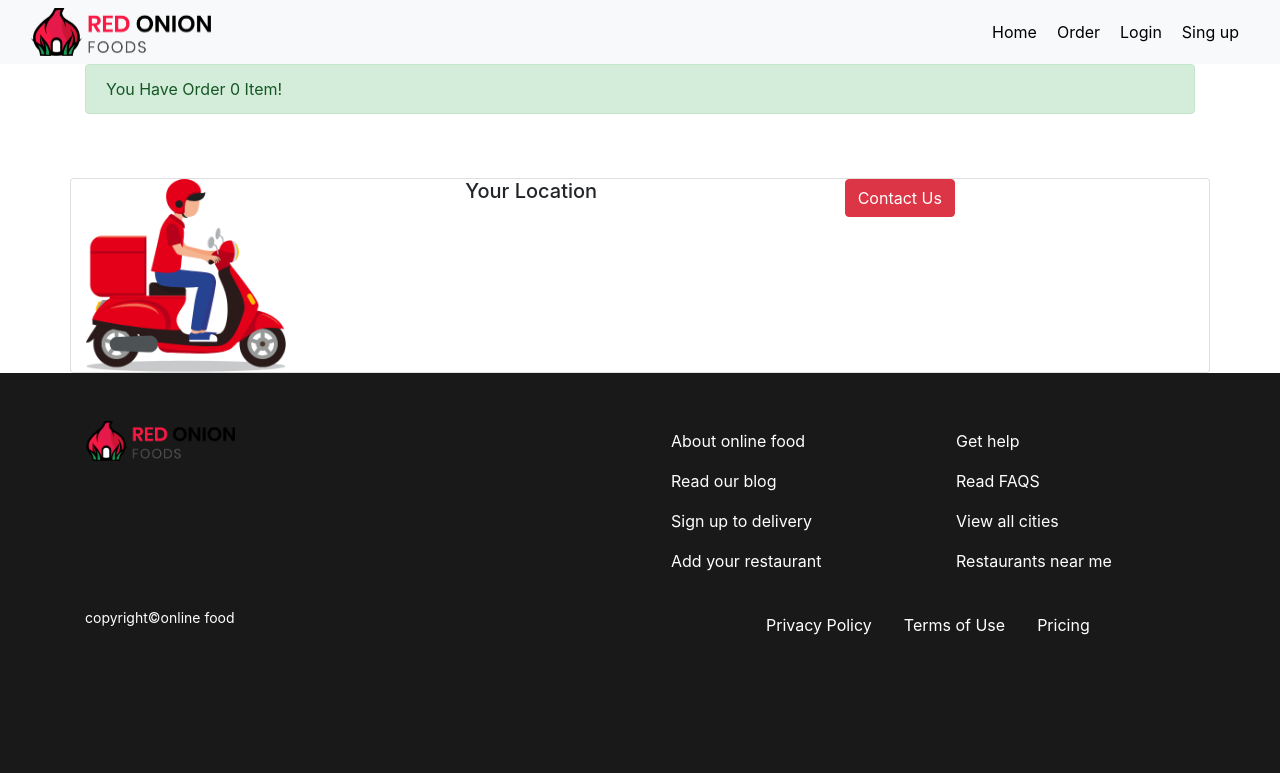
Repository: arif286/red-onion-client
Page: /order
An editor plug-in stored every save of this project. The page is shown before and after the next save, followed by the edit.
The browser window is 1280 px wide. The pictures show the whole page.
The page's requests for data from a server got no answer. The project was rebuilt for these pictures with package versions that can differ from the ones it lists, and the page was loaded fresh each time. Some packages were replaced by stand-ins written for this rebuild. No one was signed in, and anything a server would have sent is missing. Also part of the build but not shown: src/App.css, src/components/CheckOut/CheckOut.css, src/components/CheckOut/CheckOutForm/CheckOutFrom.js, src/components/CheckOut/CheckOut.js, src/components/SearchBar/SearchBar.css, src/components/SearchBar/SearchBar.js, src/components/FoodDetails/FoodDetail.css, src/components/FoodDetails/FoodDetail.js and 12 more. Imported but missing from the stored project, and not drawn on this page: src/components/CheckOut/Map/Map.

Above is the page before, as saved 2021-04-06 04:39:57.

After the next save:
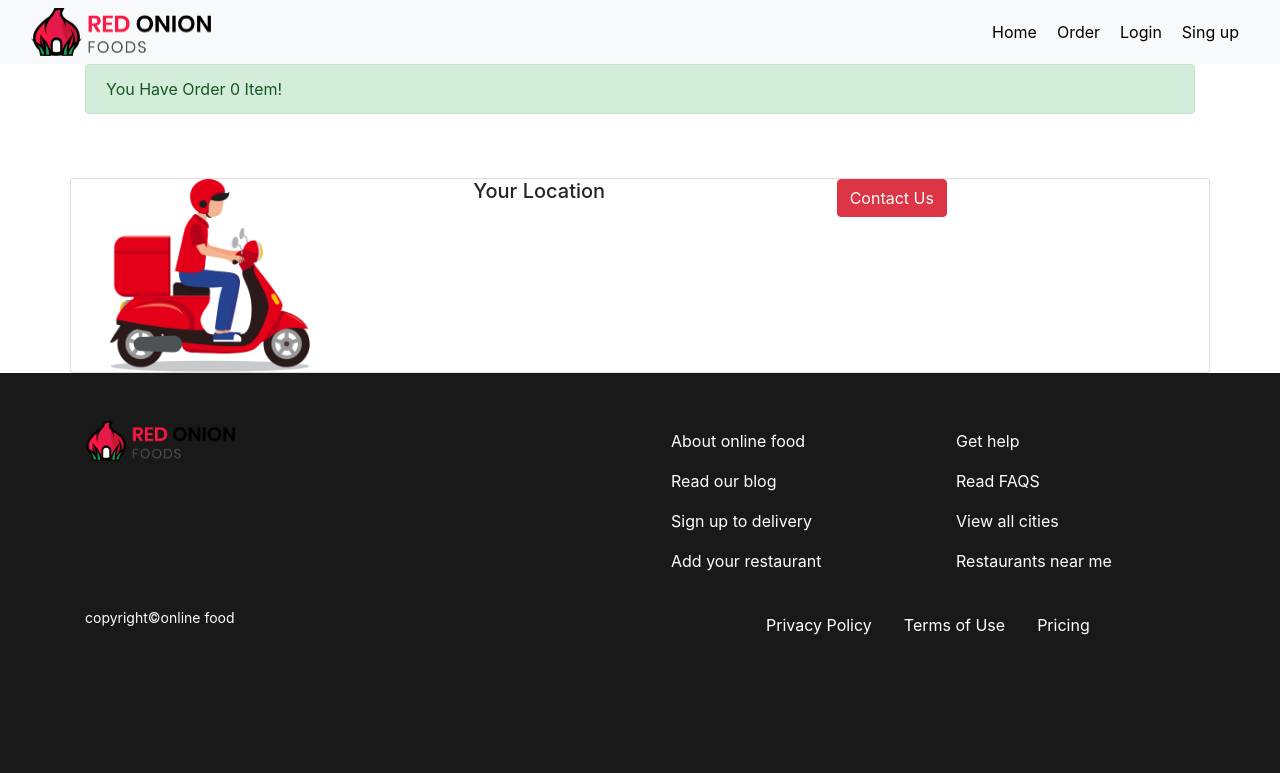
Saved 14 s later.
--- a/src/components/Order/Order.js
+++ b/src/components/Order/Order.js
@@ -37,7 +37,7 @@ const Order = () => {
       </Row>
       <Row className="mt-5">
         <Col>
-          <Card className="row flex-row gx-4">
+          <Card className="row flex-row px-4">
             <div className='col'>
               <img style={{width:'200px'}} src={delivery} alt="" />
             </div>

After the save that followed:
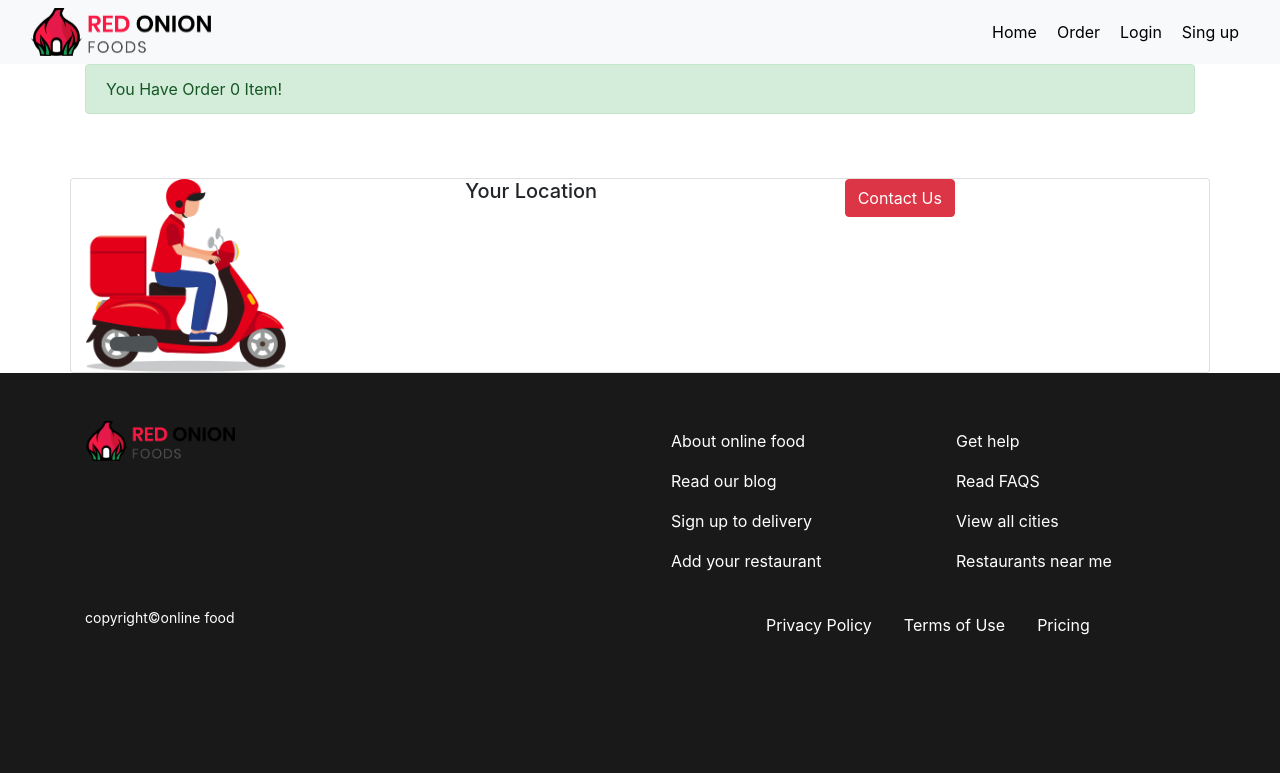
Saved 20 s later.
--- a/src/components/Order/Order.js
+++ b/src/components/Order/Order.js
@@ -37,7 +37,7 @@ const Order = () => {
       </Row>
       <Row className="mt-5">
         <Col>
-          <Card className="row flex-row px-4">
+          <Card className="row flex-row gx-4">
             <div className='col'>
               <img style={{width:'200px'}} src={delivery} alt="" />
             </div>
